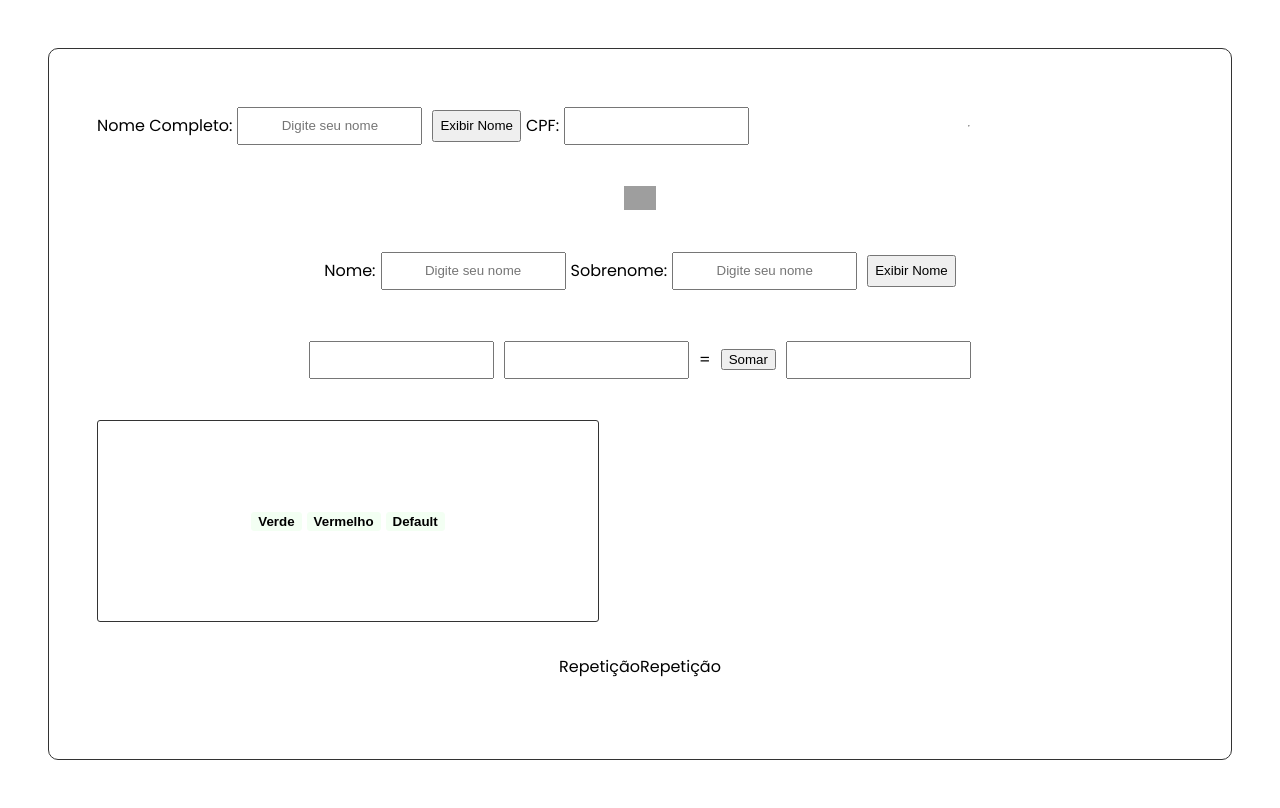
Repository: guilhermecardoso93/exerciciosjs
Page: index.html
These files come from the project's save history. The page is drawn as it stood at one moment and after the next save; the edit follows.
The browser window is 1280 px wide. The pictures show the whole page.
Pictures or frames that could not be fetched are drawn as grey boxes.

Above is the page before, as saved 2023-05-21 16:35:02.

### index.html
<!DOCTYPE html>
<html lang="pt-Br">
  <head>
    <meta charset="UTF-8" />
    <meta http-equiv="X-UA-Compatible" content="IE=edge" />
    <meta name="viewport" content="width=device-width, initial-scale=1.0" />
    <link rel="preconnect" href="https://fonts.googleapis.com" />
    <link rel="preconnect" href="https://fonts.gstatic.com" crossorigin />
    <link rel="stylesheet" href="styles.css" />
    <link
      href="https://fonts.googleapis.com/css2?family=Poppins:wght@400;500&display=swap"
      rel="stylesheet"
      />
    <title>40 - exercícios de JS</title>
  </head>
  <body>
    <div class="NameDiv">
      <p>Nome Completo:</p>
      <input type="text" name="name" id="name" placeholder="Digite seu nome" />
      <br />
      <input type="button" value="Exibir Nome" id="exibir-nome" />
      <p>CPF:</p>
      <input maxlength="14" id="cpf" />
      <hr />
    </div>
    <div>
      <img id="lamp" src="https://www.w3schools.com/js/pic_bulboff.gif" />
    </div>
    <div class="fullNameDiv">
      <p>Nome:</p>
      <input
        type="text"
        name="name-2"
        id="name-2"
        placeholder="Digite seu nome"
        />
      <p>Sobrenome:</p>
      <input
        type="text"
        name="fullname"
        id="fullname"
        placeholder="Digite seu nome"
        />
      <br />
      <input type="button" value="Exibir Nome" id="exibir-nome-convidado" />
    </div>
    <div>
      <input type="text" id="number-1" maxlength="5" /><br /><br />
      <input type="text" id="number-2" maxlength="5" /><br />
      <p>=</p>
      <br />

      <button id="buttonSoma">Somar</button><br /><br />

      <input type="text" id="result" maxlength="5" />
    </div>
    <div id="container">
      <button id="greenButton">Verde</button>
      <button id="redButton">Vermelho</button>
      <button id="defaultButton">Default</button>
    </div>
    <div id="resultado">

    </div>
  </body>
  <script src="./script.js"></script>
</html>

### styles.css
body {
  font-family: "Poppins", sans-serif;
  margin: 3rem;
  border: 1px solid #333;
  border-radius: 10px;
  padding: 3rem;
}

main {
  margin: 0 auto;
  align-items: center;
  justify-content: center;
}

#lamp {
  cursor: pointer;
  cursor: hand;
  width: 2rem;
}

body input {
  height: 2rem;
  text-align: center;
}

div {
  display: flex;
  gap: 5px;
  align-items: center;
  justify-content: center;
  margin-bottom: 2rem;
}

#container {
  display: flex;
  gap: 5px;
  align-items: center;
  justify-content: center;

  width: 500px;
  height: 200px;
  border: 1px solid #333;
  border-radius: 3px;
}

#container button {
  border: 1px solid #f3fff3;
  border-radius: 3px;
  background-color: #f3fff3;
  font-weight: bold;
}

### script.js
function multi(numb1, number2) {
  console.log(numb1 * number2);
}

function desc(n){
  console.log((n* 0.05))
}

function age(year) {
  var data = new Date();
  var actualYear = data. getFullYear();

  const diference = actualYear - year

  if(diference <= 18 && diference >= 0) {
    return console.log('Você é menor de idade', diference)
  } else {
    return console.log('Você é maior de idade', diference)
  }
}

const divResultado = document.getElementById('resultado')

divResultado.innerHTML = 'Repetição'

divResultado.innerHTML = 'Repetição'.repeat(2);

var repeticao = '';

for (var i = 0; i < 20; i++) {
  repeticao += 'Repetição ';
}

After the next save:
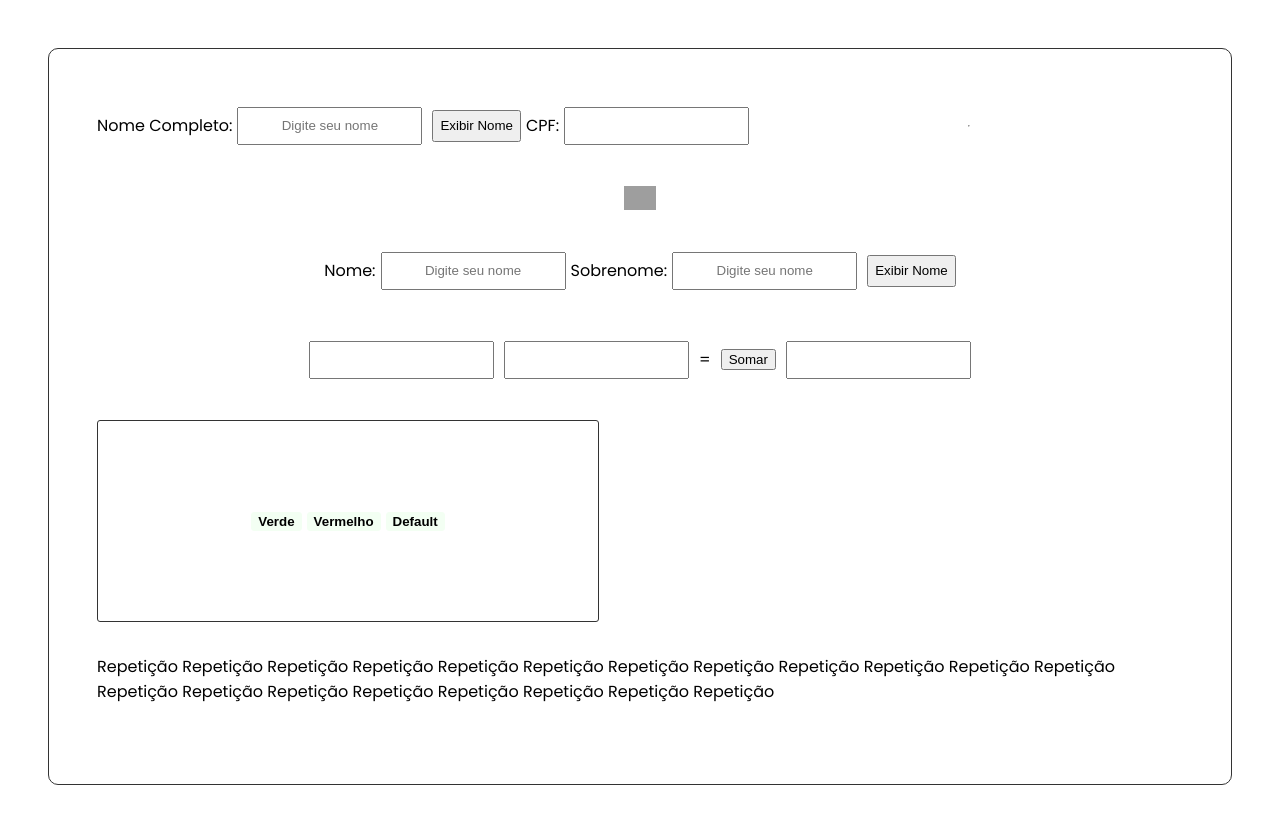
Saved 32 s later.
--- a/script.js
+++ b/script.js
@@ -30,3 +30,4 @@ var repeticao = '';
 for (var i = 0; i < 20; i++) {
   repeticao += 'Repetição ';
 }
+divResultado.textContent = repeticao;
